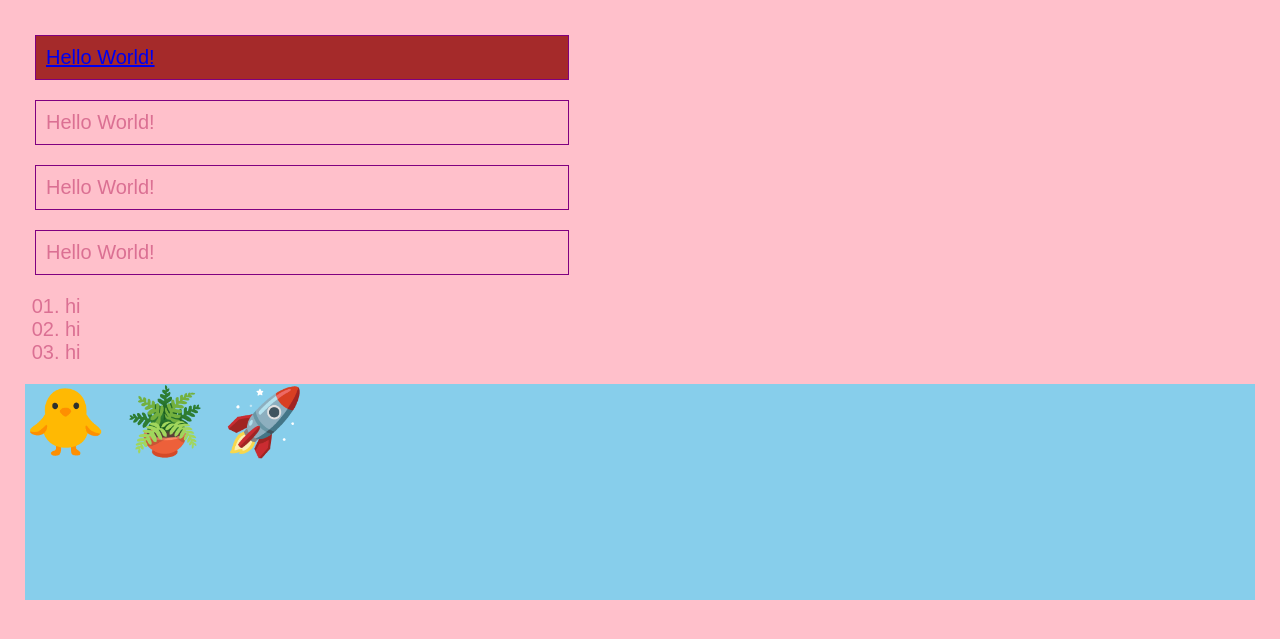
Repository: j1s00jang/MDIA-2109
Page: index2.html
An editor plug-in stored every save of this project. The page is shown before and after the next save, followed by the edit.
The browser window is 1280 px wide. The pictures show the whole page.

Above is the page before, as saved 2025-02-24 10:04:24.

After the next save:
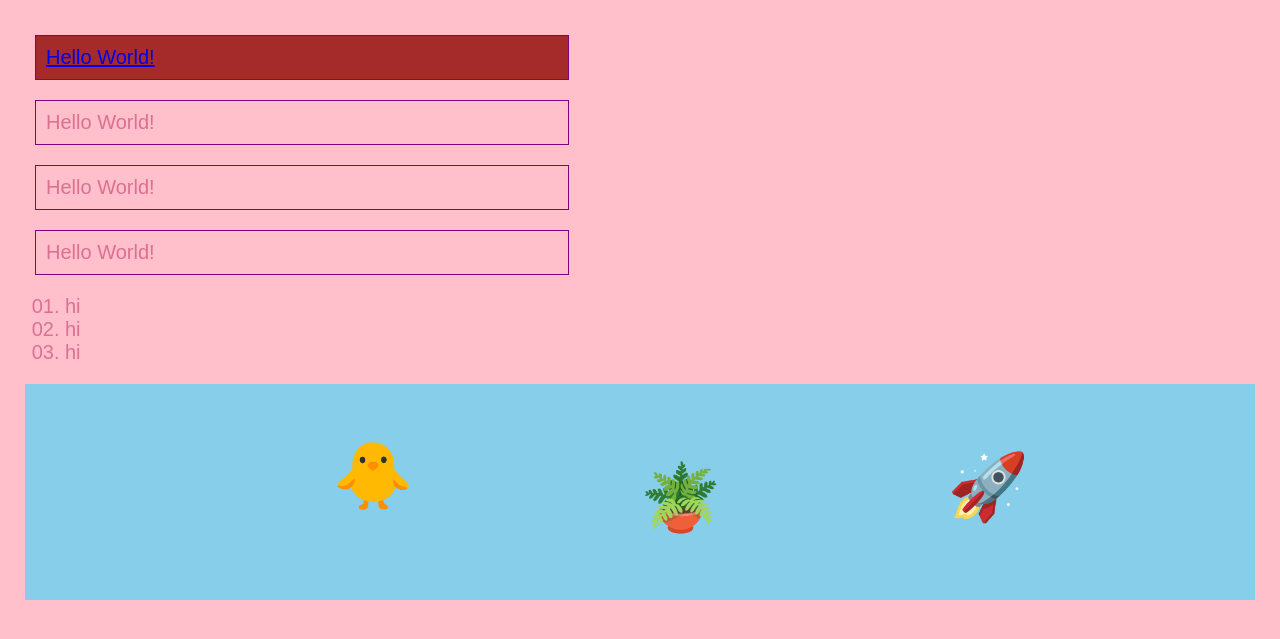
Saved 3 min 44 s later.
--- a/css/style.css
+++ b/css/style.css
@@ -100,7 +100,7 @@ ul {
 }
 
 
-/* Animation */
+/* Animations */
 
 .css {
     position: relative;
@@ -108,3 +108,11 @@ ul {
     font-size: 65px;
     background: skyblue;
 }
+
+.css__spinner {
+    position: absolute;
+}
+
+.spin { left: 25%; top: 25%; }
+.moreSpin { left: 50%; top: 35%; }
+.mostSpin { left: 75%; top: 30%; }
